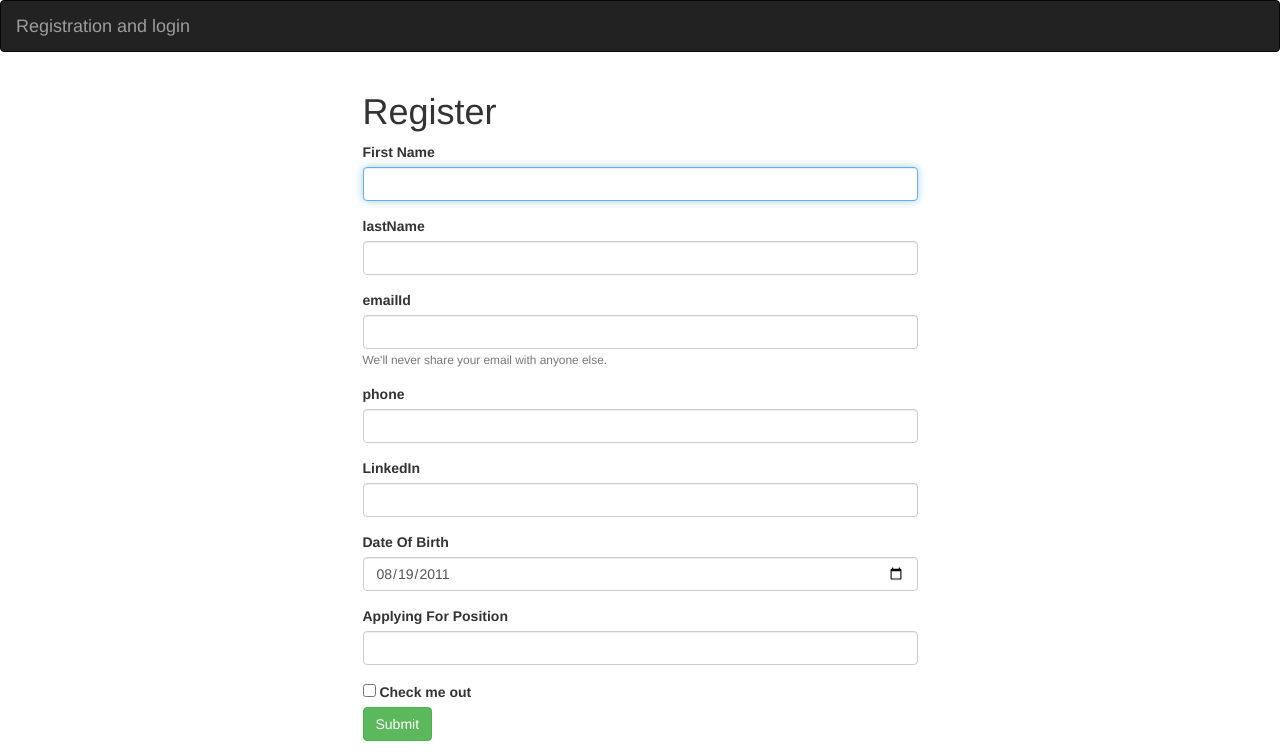
Repository: vinayvinay25794/RegistrationDemo
Page: http://localhost/CandidateRegs
An editor plug-in stored every save of this project. The page is shown before and after the next save, followed by the edit.
The browser window is 1280 px wide. The pictures show the whole page.
The page is this project's Thymeleaf template; nobody is signed in. The template is opened directly, without the code that normally fills it, so the values that code supplies are empty.

Above is the page before, as saved 2021-03-22 06:05:48.

### Hibernate/src/main/resources/templates/CandidateRegs.html
<!DOCTYPE html>
<html xmlns:th="http://www.thymeleaf.org">
<head>
<meta charset="ISO-8859-1">
<title>Registration</title>
<link rel="stylesheet" href="https://maxcdn.bootstrapcdn.com/bootstrap/3.3.7/css/bootstrap.min.css" integrity="sha384-BVYiiSIFeK1dGmJRAkycuHAHRg32OmUcww7on3RYdg4Va+PmSTsz/K68vbdEjh4u" crossorigin="anonymous">

</head>
<body>
	<nav class="navbar navbar-inverse">
	  <div class="container-fluid">
	    <div class="navbar-header">
	      <button type="button" class="navbar-toggle " data-toggle="collapse" data-target="#navbar" arira-expanded="false" aria-contriols="navbar">
	        <span class="icon-bar"></span>
	        <span class="icon-bar"></span>
	        <span class="icon-bar"></span>
	      </button>
	      <a class="navbar-brand" href="#" th:href="@{/}">Registration and login</a>
	    </div>
	   </div>
	</nav>

	<div class="container">
		<div class="row">
			<div class="col-md-6 col-md-offset-3">
				<div th:if="${param.success}">
				<div class="alert alert-info">
					Form Submit
				</div>
				</div>

				<h1>Register</h1>

				<form th:action="@{/CandidateRegs}" method="post" th:object="${user}">
				<div class="form-group">
					<label class="control-label" for="firstName">First Name</label>
					<input id="firstName" class="form-control" th:field="*{firstName}" required autofocus="autofocus" />
				</div>

				<div class="form-group">
					<label class="control-label" for="lastName">lastName</label>
					<input id="lastName" class="form-control" th:field="*{lastName}" required autofocus="autofocus" />
				</div>

				<div class="form-group">
					<label class="control-label" for="emailId">emailId</label>
					<input id="emailId" class="form-control" th:field="*{emailId}" required autofocus="autofocus" />
					<small id="emailHelp" class="form-text text-muted">We'll never share your email with anyone else.</small>
				</div>

				<div class="form-group">
					<label class="control-label" for="phone">phone</label>
					<input id="phone" class="form-control" th:field="*{phone}" required autofocus="autofocus" />
				</div>

				<div class="form-group">
					<label class="control-label" for="LinkedIn">LinkedIn</label>
					<input id="LinkedIn" class="form-control" th:field="*{LinkedIn}" required autofocus="autofocus" />
				</div>

			    <div class="form-group">
				  <label for="example-date-input" class="col-3 col-form-label">Date Of Birth</label>
				  <div class="col-10">
				    <input class="form-control" type="date" value="2011-08-19" th:field="*{dateOfBirth}" id="dateOfBirth" placeholder="dateOfBirth" required autofocus="autofocus">

				  </div>
				</div>

				<div class="form-group">
					<label class="control-label" for="applyingForPosition">Applying For Position</label>
					<input id="applyingForPosition" class="form-control" th:field="*{applyingForPosition}" required autofocus="autofocus" />
				</div>

				<div class="form-check">
    				<input type="checkbox" class="form-check-input" id="exampleCheck1">
   					 <label class="form-check-label" for="exampleCheck1">Check me out</label>
  				</div>

				<div class="form-group">
					<button type="submit" class="btn btn-success">Submit</button>

				</div>

				</form>

			</div>
		</div>
	</div>


</body>
</html>

After the next save:
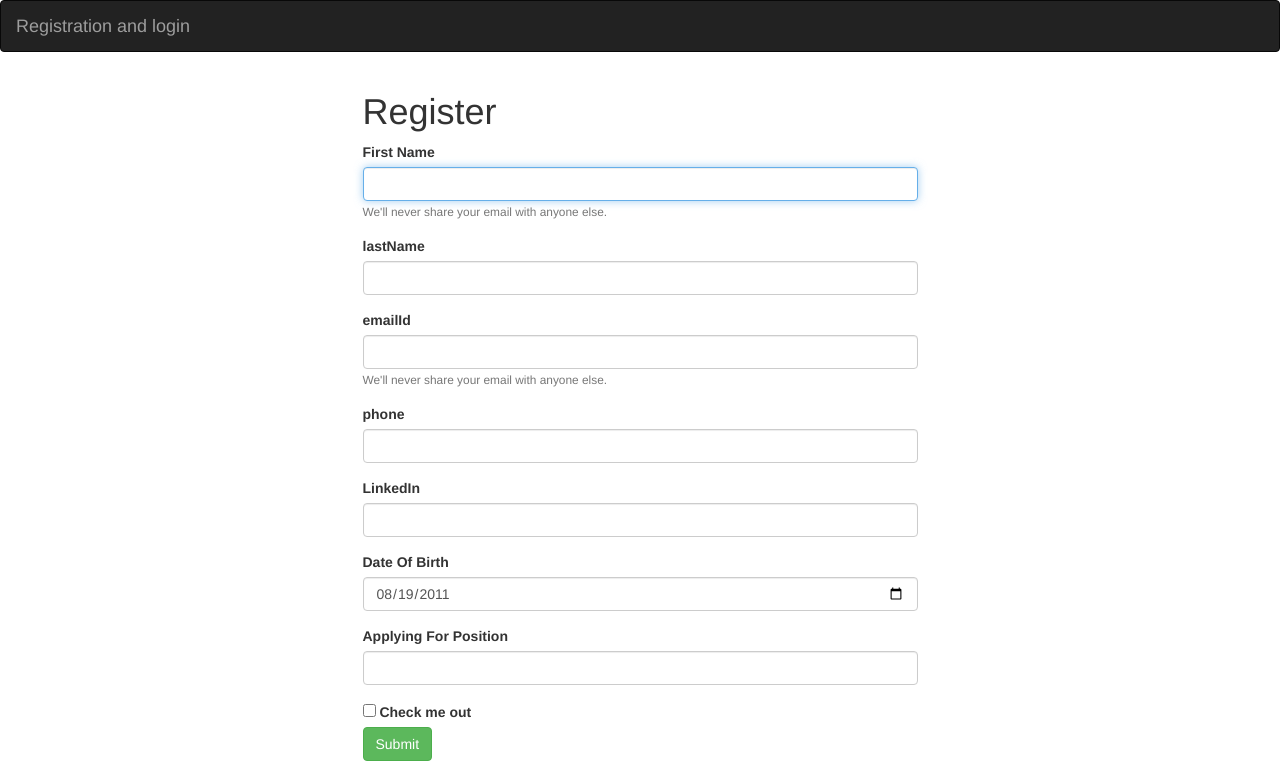
Saved 2 min 27 s later.
--- a/Hibernate/src/main/resources/templates/CandidateRegs.html
+++ b/Hibernate/src/main/resources/templates/CandidateRegs.html
@@ -35,6 +35,7 @@
 				<div class="form-group">
 					<label class="control-label" for="firstName">First Name</label>
 					<input id="firstName" class="form-control" th:field="*{firstName}" required autofocus="autofocus" />
+					<small id="emailHelp" class="form-text text-muted">We'll never share your email with anyone else.</small>
 				</div>
 
 				<div class="form-group">
